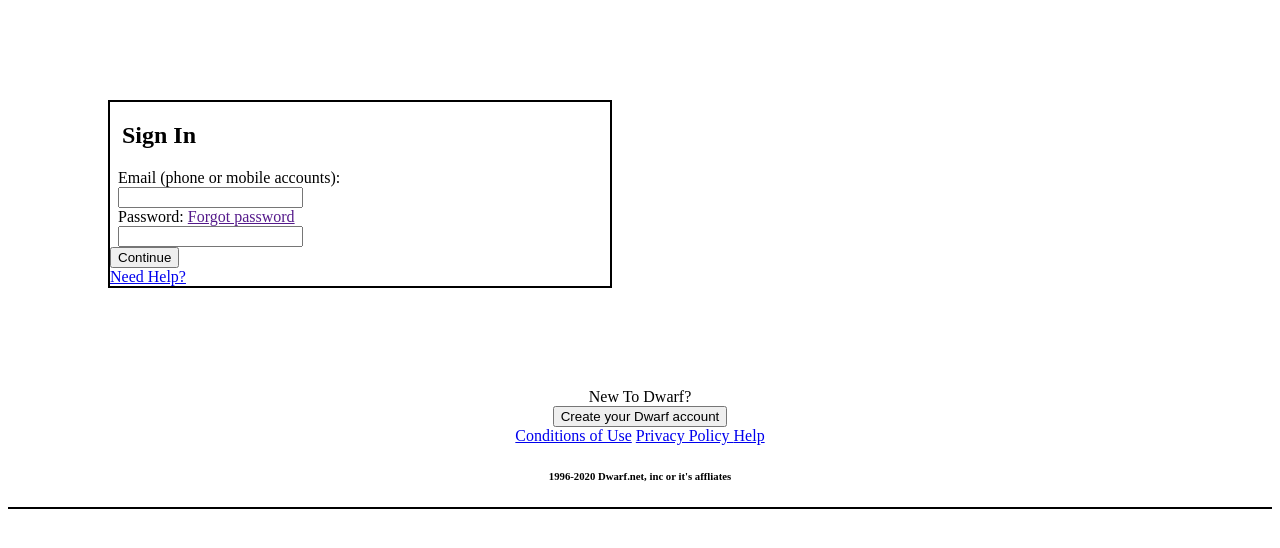
Repository: brittmarie333/replica
Page: index.html
An editor plug-in stored every save of this project. The page is shown before and after the next save, followed by the edit.
The browser window is 1280 px wide. The pictures show the whole page.

Above is the page before, as saved 2024-05-27 12:48:04.

### index.html
<!DOCTYPE html>
<html lang="en">
<head>
    <meta charset="UTF-8">
    <meta name="viewport" content="width=device-width, initial-scale=1.0">
    <link rel="stylesheet" href="index.css">
    <title>Log In</title>
</head>
<body>

    <form action="/data.php">
        <h2>&ensp;Sign In</h2>
        <label for="username">&ensp;Email (phone or mobile accounts):</label><br>
        &ensp;<input type="text" id="fname" name="fname"><br>
        <label for="pword">&ensp;Password: </label> <text align="right"><a href="">Forgot password</a></text><br>
        &ensp;<input type="text" id="lname" name="lname" ><br>
        <button>Continue</button>
        <br>
        <a href="http">Need Help?</a>
      </form>




      New To Dwarf?
      <br>
      <button id="create">Create your Dwarf account</button>
      <br>
      <a href="http"> Conditions of Use</a>
      <a href="http"> Privacy Policy </a>
      <a href="http"> Help </a>
      <br>

      <h6> 1996-2020 Dwarf.net, inc or it's affliates</h6>


</body>
</html>

### index.css
h2  {
    text-align: left;
}

body {
    text-align: center;
    border-bottom: 2px solid black;
}
form{
    text-align: left;
    border: 2px solid;
    border color: light grey;
    margin: 100px;
    width: 500px;

}
button{
    text-align: center;
    width: %;

}

After the next save:
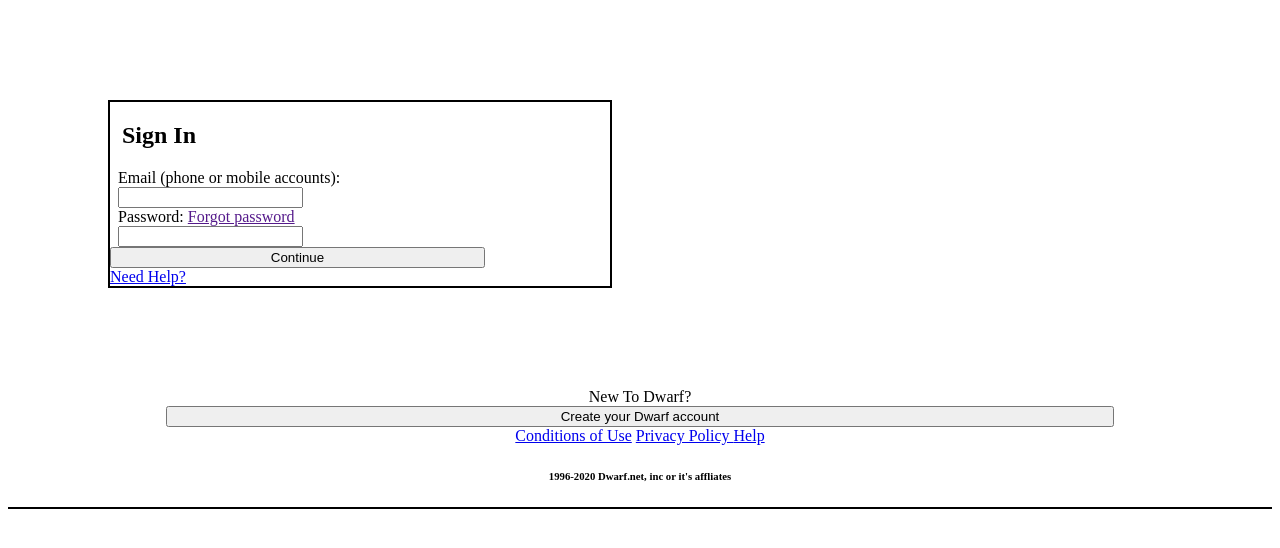
Saved 4 s later.
--- a/index.css
+++ b/index.css
@@ -16,6 +16,6 @@
 }
 button{
     text-align: center;
-    width: %;
+    width: 75%;
 
 }

After the save that followed:
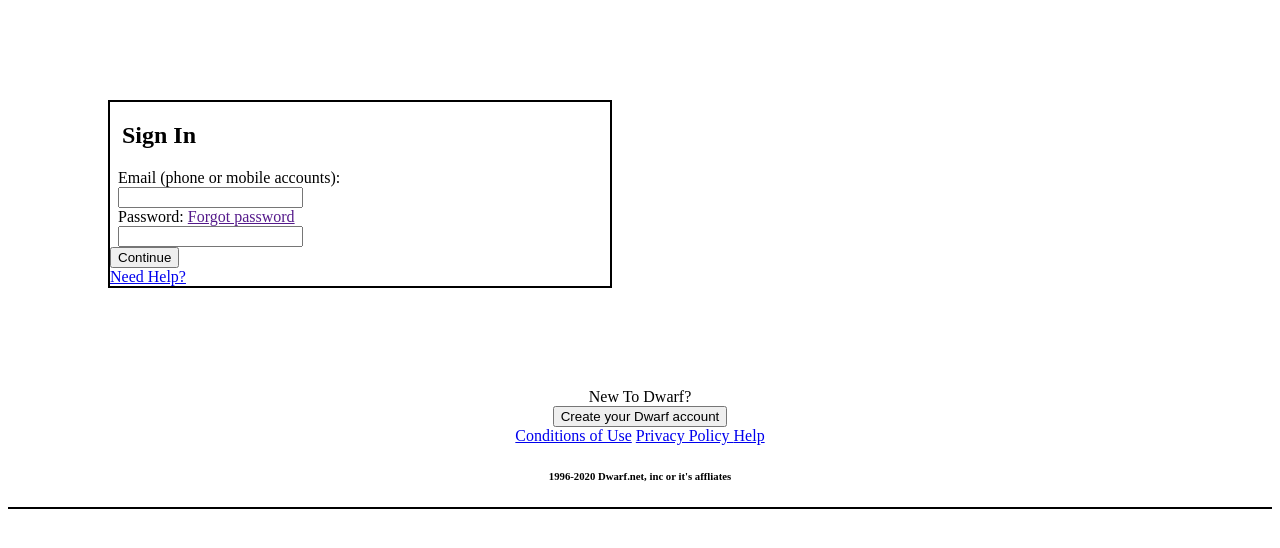
Saved 8 s later.
--- a/index.css
+++ b/index.css
@@ -16,6 +16,6 @@
 }
 button{
     text-align: center;
-    width: 75%;
+
 
 }
